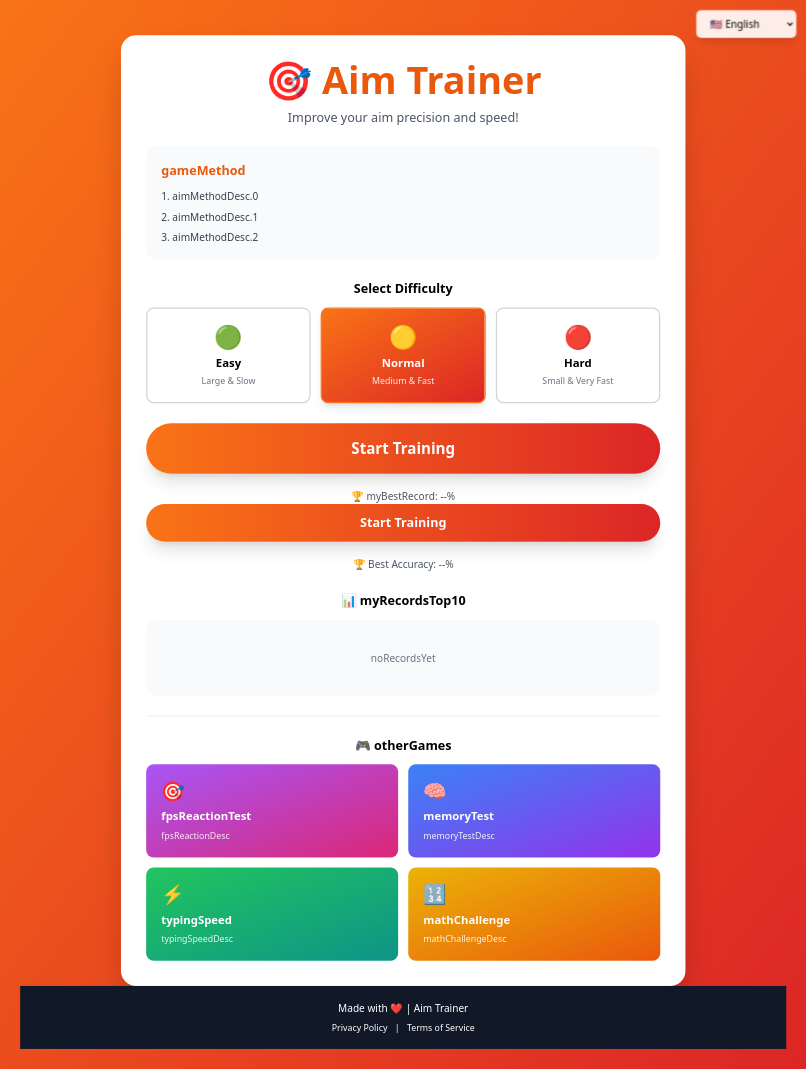
Repository: Lcmind/withjocoding
Page: aim-trainer.html
These files come from the project's save history. The page is drawn as it stood at one moment and after the next save; the edit follows.
The browser window is 1280 px wide. The pictures show the whole page, at 63% of full size.
Some web libraries are served in a nearby version.

Above is the page before, as saved 2026-01-13 21:59:15.

After the next save:
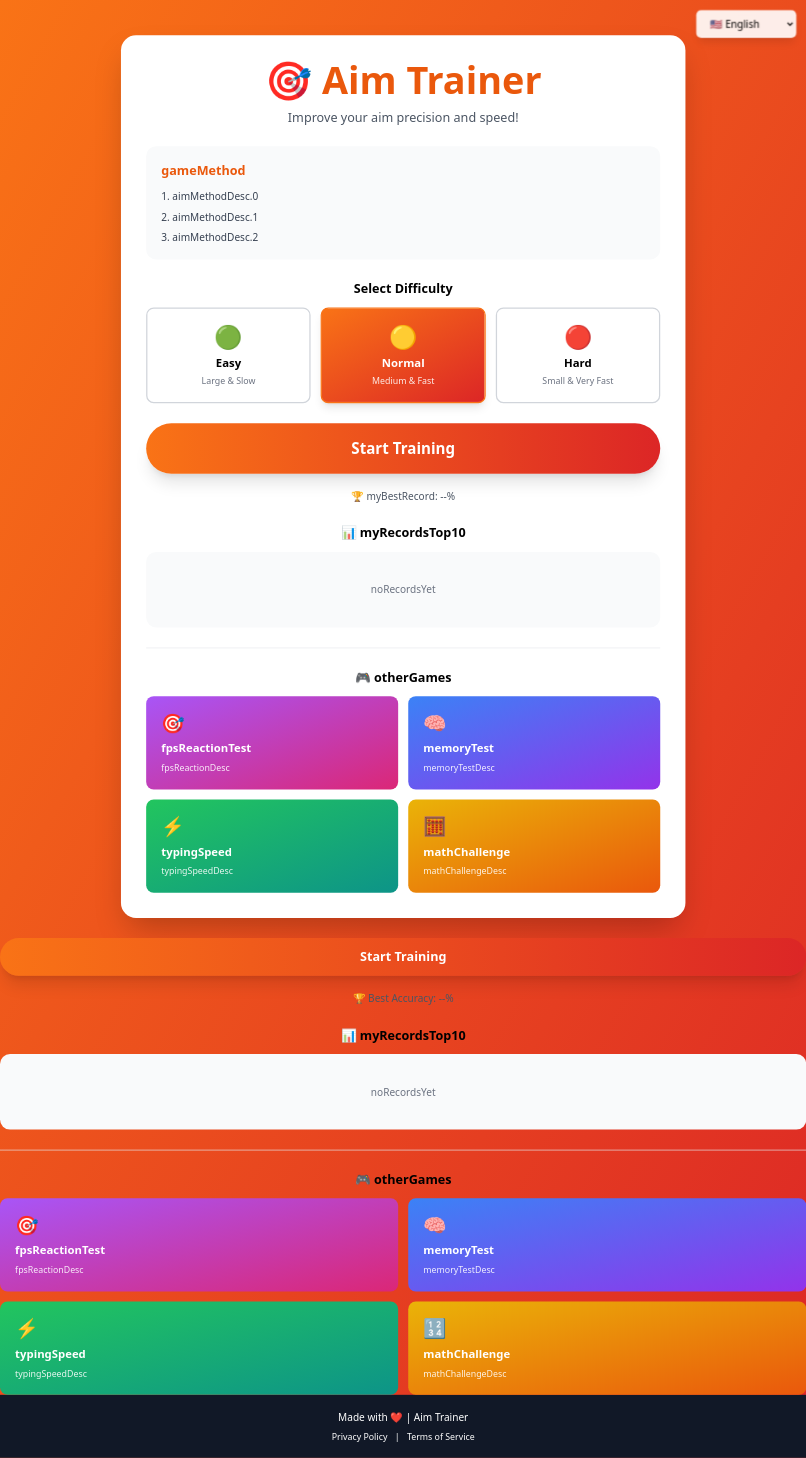
Saved 115 s later.
--- a/aim-trainer.html
+++ b/aim-trainer.html
@@ -128,7 +128,46 @@
           <p>🏆 <span data-i18n="myBestRecord">My Best Record</span>: <span id="best-record">-- %</span></p>
         </div>
 
-      <button id="start-btn" class="w-full bg-gradient-to-r from-orange-500 to-red-600 text-white font-bold text-xl py-4 rounded-full shadow-xl hover:shadow-2xl hover:-translate-y-1 transition-all">
+        <!-- 내 기록 TOP 10 -->
+        <div class="mt-8">
+          <h3 class="text-xl font-bold text-center mb-4">📊 <span data-i18n="myRecordsTop10">My Top 10 Records</span></h3>
+          <div id="history-list" class="bg-gray-50 rounded-2xl p-4 max-h-80 overflow-y-auto">
+            <p class="text-center text-gray-500 py-8" data-i18n="noRecordsYet">No records yet. Start now!</p>
+          </div>
+        </div>
+
+        <!-- 다른 게임 섹션 -->
+        <div class="mt-8 border-t border-gray-200 pt-8">
+          <h3 class="text-xl font-bold text-center mb-4">🎮 <span data-i18n="otherGames">Other Games</span></h3>
+          <div class="grid grid-cols-1 md:grid-cols-2 gap-4">
+            <a href="index.html" class="block bg-gradient-to-br from-purple-500 to-pink-600 rounded-xl p-6 text-white hover:shadow-xl transition-all duration-300 hover:-translate-y-1">
+              <div class="text-3xl mb-2">🎯</div>
+              <div class="font-bold text-lg mb-2" data-i18n="fpsReactionTest">FPS Reaction Test</div>
+              <div class="text-sm opacity-90" data-i18n="fpsReactionDesc">Test your reaction speed</div>
+            </a>
+
+            <a href="memory-test.html" class="block bg-gradient-to-br from-blue-500 to-purple-600 rounded-xl p-6 text-white hover:shadow-xl transition-all duration-300 hover:-translate-y-1">
+              <div class="text-3xl mb-2">🧠</div>
+              <div class="font-bold text-lg mb-2" data-i18n="memoryTest">Memory Test</div>
+              <div class="text-sm opacity-90" data-i18n="memoryTestDesc">Test your memory skills</div>
+            </a>
+
+            <a href="typing-speed.html" class="block bg-gradient-to-br from-green-500 to-teal-600 rounded-xl p-6 text-white hover:shadow-xl transition-all duration-300 hover:-translate-y-1">
+              <div class="text-3xl mb-2">⚡</div>
+              <div class="font-bold text-lg mb-2" data-i18n="typingSpeed">Typing Speed</div>
+              <div class="text-sm opacity-90" data-i18n="typingSpeedDesc">Test your typing speed</div>
+            </a>
+
+            <a href="math-challenge.html" class="block bg-gradient-to-br from-yellow-500 to-orange-600 rounded-xl p-6 text-white hover:shadow-xl transition-all duration-300 hover:-translate-y-1">
+              <div class="text-3xl mb-2">🧮</div>
+              <div class="font-bold text-lg mb-2" data-i18n="mathChallenge">Math Challenge</div>
+              <div class="text-sm opacity-90" data-i18n="mathChallengeDesc">Quick math calculations</div>
+            </a>
+          </div>
+        </div>
+      </div>
+    </div>
+  </div>      <button id="start-btn" class="w-full bg-gradient-to-r from-orange-500 to-red-600 text-white font-bold text-xl py-4 rounded-full shadow-xl hover:shadow-2xl hover:-translate-y-1 transition-all">
         <span data-i18n="startTraining">Start Training</span>
       </button>
 
